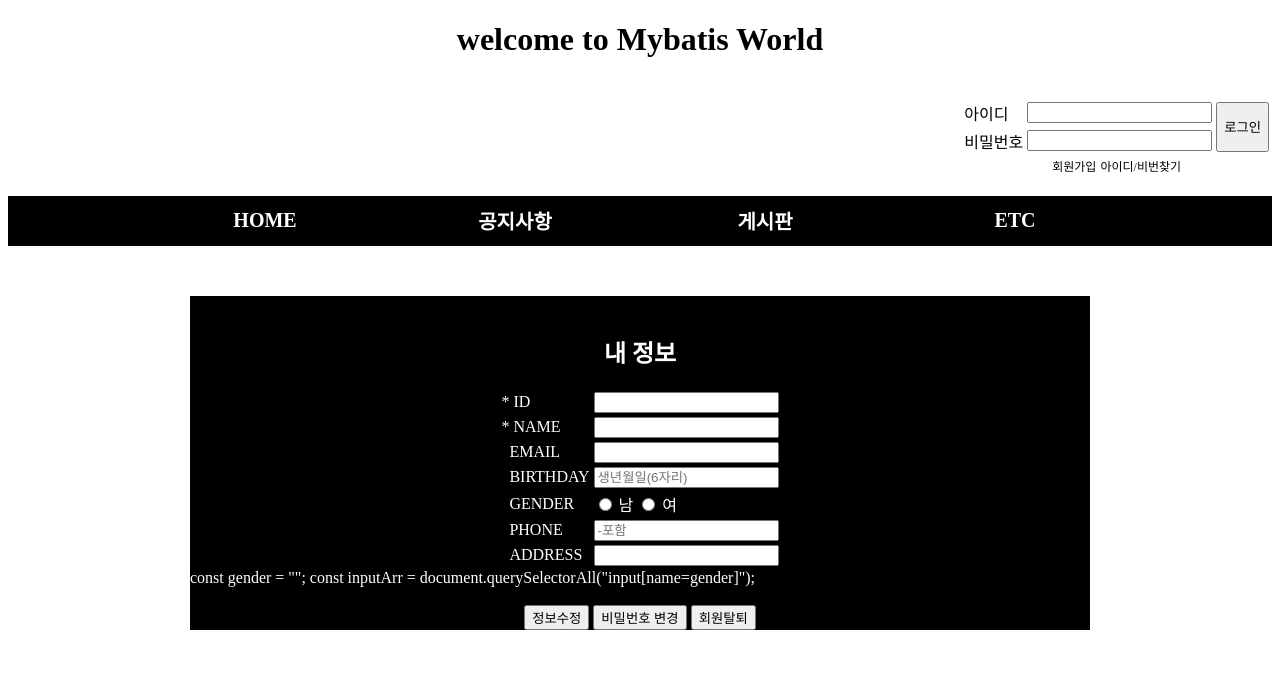
Repository: ailraon/KHAcademy
Page: http://localhost/mybatisProject/views/member/myPage.jsp
These files come from the project's save history. The page is drawn as it stood at one moment and after the next save; the edit follows.
The browser window is 1280 px wide. The pictures show the whole page.
The page is served by Tomcat 10. Other server files are loaded and not shown.

Above is the page before, as saved 2025-03-06 06:40:02.

### JakartaEE 스펙을 적용한 BackEnd 개발/mybatisProject/src/main/webapp/views/member/myPage.jsp
<%@ page language="java" contentType="text/html; charset=UTF-8"
    pageEncoding="UTF-8"%>
<!DOCTYPE html>
<html>
<head>
<meta charset="UTF-8">
<title>Insert title here</title>
</head>
<body>
	<jsp:include page="../common/menubar.jsp" />

	<div class="outer">
		<br>
		<h2 align="center">내 정보</h2>
		<form action="${pageContext.request.contextPath}/update.me" method="post" id="update-form">
			<table align="center">
				<tr>
					<td>* ID</td>
					<td><input type="text" name="userId" readonly value="${loginUser.userId}"></td>
				</tr>
				<tr>
					<td>* NAME</td>
					<td><input type="text" name="userName" readonly value="${loginUser.userName}"></td>
				</tr>
				<tr>
					<td>&nbsp;&nbsp;EMAIL</td>
					<td><input type="email" name="email" value="${loginUser.email}"></td>
				</tr>
				<tr>
					<td>&nbsp;&nbsp;BIRTHDAY</td>
					<td><input type="text" name="birthday" placeholder="생년월일(6자리)" value="${loginUser.birthday}"></td>
				</tr>
				<tr>
					<td>&nbsp;&nbsp;GENDER</td>
					<td>
						<input type="radio" name="gender" value="M"> 남
						<input type="radio" name="gender" value="F"> 여
					</td>
				</tr>
				<tr>
					<td>&nbsp;&nbsp;PHONE</td>
					<td><input type="text" name="phone" placeholder="-포함" value="${loginUser.phone }"></td>
				</tr>
				<tr>
					<td>&nbsp;&nbsp;ADDRESS</td>
					<td><input type="text" name="address" value="${loginUser.address }"></td>
				</tr>
			</table>
			<scirpt>
				const gender = "${loginUser.gender }";
				const inputArr = document.querySelectorAll("input[name=gender]");


			</scirpt>

			<br><br>

			<div align="center">
				<button type="submit" class="btn btn-sm btn-success">정보수정</button>
				<button type="button" class="btn btn-sm btn-warning" data-bs-toggle="modal" data-bs-target="#update-pwd-modal">비밀번호 변경</button>
				<button type="button" class="btn btn-sm btn-danger" data-bs-toggle="modal" data-bs-target="#delete-member-modal">회원탈퇴</button>
			</div>
		</form>
	</div>
</body>
</html>

### JakartaEE 스펙을 적용한 BackEnd 개발/mybatisProject/src/main/webapp/views/common/menubar.jsp
<%@ page language="java" contentType="text/html; charset=UTF-8"
    pageEncoding="UTF-8"%>
<%@ taglib prefix="c" uri="http://java.sun.com/jsp/jstl/core" %>
<!DOCTYPE html>
<html>
<head>
<meta charset="UTF-8">
<title>Insert title here</title>
<style>
    .login-area a{
        text-decoration: none;
        color: black;
        font-size: 12px;
    }

    .nav-area{
        background: black;
        color: white;
        height: 50px;
    }
    .menu{
        display: table-cell;
        width: 250px;
        height: 50px;
        vertical-align: middle;
        font-size: 20px;
        font-weight: bold;
    }
    .outer{
    	width: 900px;
    	background: black;
    	color: white;
    	margin: auto;
    	margin-top: 50px;
    }
</style>
</head>
<body>

    <h1 align="center">welcome to Mybatis World</h1>
    <br>

    <div class="login-area" align="right">
       <c:choose>
       <c:when test="${empty loginUser}">
	        <form action="${pageContext.request.contextPath}/login.me" method="post">
		        <table>
		            <tr>
		                <td>아이디</td>
		                <td><input type="text" name="userId" required></td>
		                <td rowspan="2"><button type="submit" style="height: 50px;">로그인</button></td>
		            </tr>
		            <tr>
		                <td>비밀번호</td>
		                <td><input type="password" name="userPwd" required></td>

		            </tr>
		            <tr>
		                <td colspan="3" align="center">
		                    <a href="enrollForm.me">회원가입</a>
		                    <a href="">아이디/비번찾기</a>
		                </td>
		            </tr>
	            </table>
	        </form>
     	</c:when>
       	<c:otherwise>
        	<!-- 로그인후 -->
	        <div>
	            <table>
	                <tr>
	                    <td colspan="2">
	                        <h3>${loginUser.userName }님 환영합니다. </h3>
	                    </td>
	                    <td></td>
	                </tr>
	                <tr>
	                    <td><a href="myPage.me">마이페이지</a></td>
	                    <td><a href="">로그아웃</a></td>
	                </tr>
	            </table>
	        </div>
        </c:otherwise>
        </c:choose>
    </div>
    <br>

    <div class="nav-area" align="center">
        <div class="menu">HOME</div>
        <div class="menu">공지사항</div>
        <div class="menu">게시판</div>
        <div class="menu">ETC</div>
    </div>
</body>
</html>

After the next save:
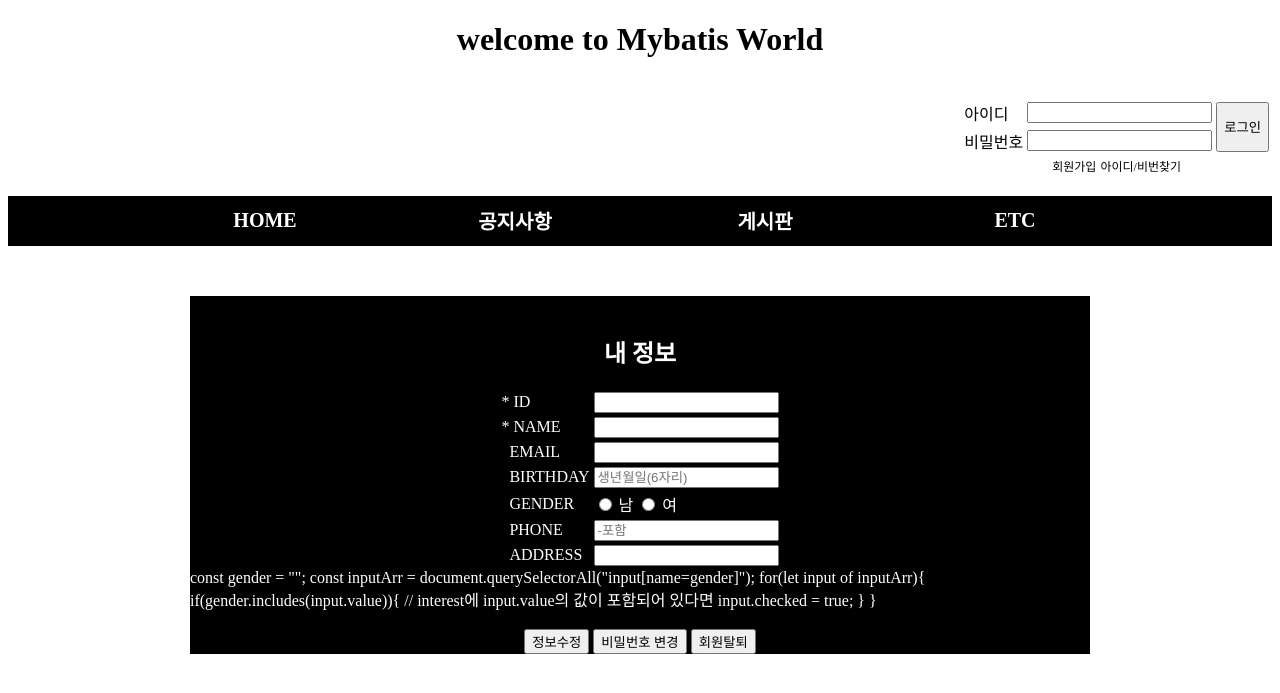
Saved 42 s later.
--- a/JakartaEE 스펙을 적용한 BackEnd 개발/mybatisProject/src/main/webapp/views/member/myPage.jsp
+++ b/JakartaEE 스펙을 적용한 BackEnd 개발/mybatisProject/src/main/webapp/views/member/myPage.jsp
@@ -50,7 +50,11 @@
 				const gender = "${loginUser.gender }";
 				const inputArr = document.querySelectorAll("input[name=gender]");
 
-
+				for(let input of inputArr){
+					if(gender.includes(input.value)){ // interest에 input.value의 값이 포함되어 있다면
+						input.checked = true;
+					}
+				}
 			</scirpt>
 
 			<br><br>
